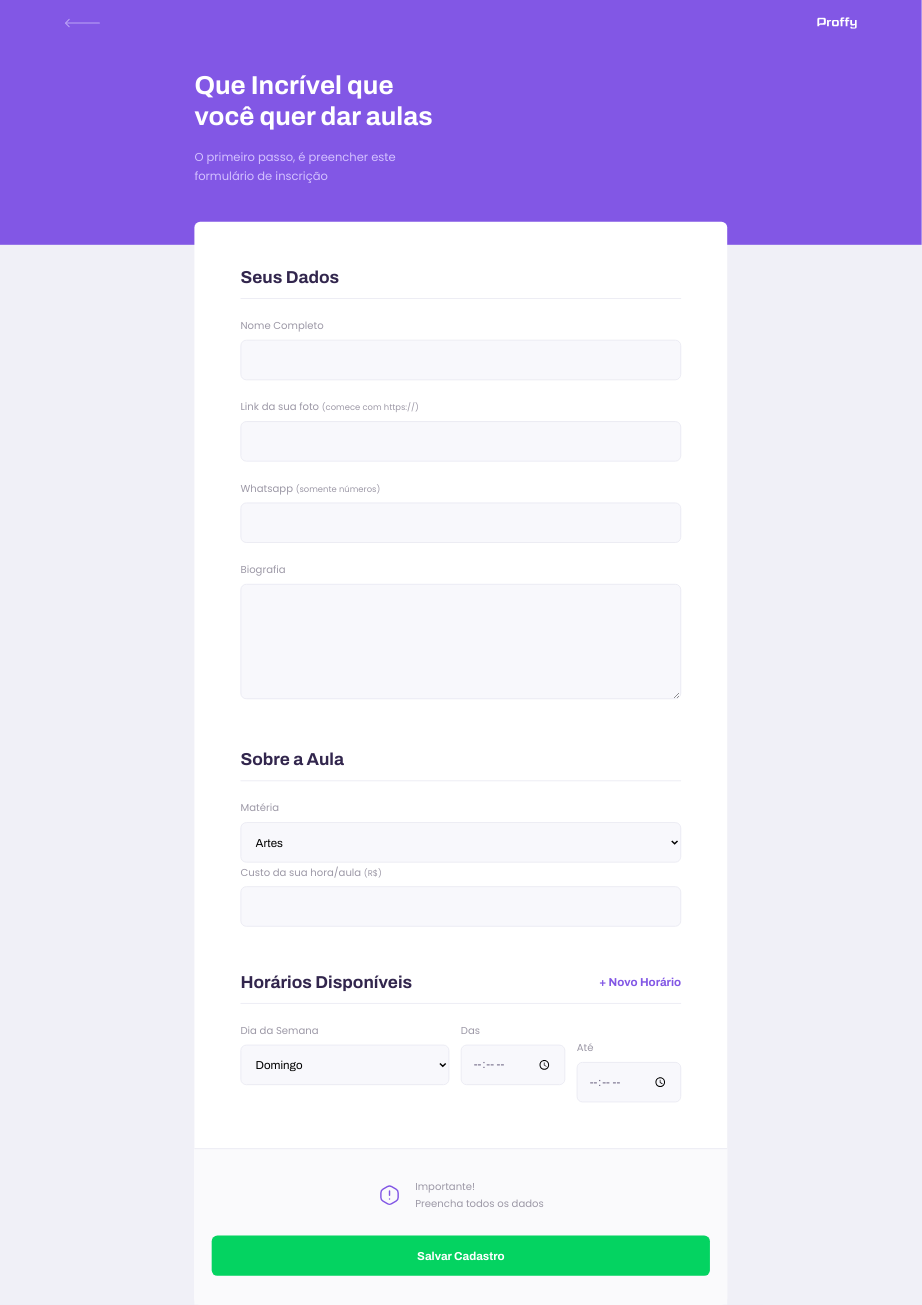
Repository: LukeVersus/NLW
Page: give-classes.html
The author's editor kept a copy of each file at every save. The page is drawn from the files as they stood at one save, then again after the next save.
The browser window is 1280 px wide. The pictures show the whole page, at 72% of full size.

Above is the page before, as saved 2020-08-06 00:26:01.

### give-classes.html
<!DOCTYPE html>
<html lang="pt_br">
<head>
    <meta charset="UTF-8">
    <meta name="viewport" content="width=device-width, initial-scale=1.0">
    <title>Proffy | Sua Plataforma de Estudos Online</title>
    <link rel="stylesheet" href="/styles/main.css">
    <link rel="stylesheet" href="/styles/partials/header.css">
    <link rel="stylesheet" href="/styles/partials/forms.css">
    <link rel="stylesheet" href="/styles/partials/page-give-classes.css">
    <link href="https://fonts.googleapis.com/css2?family=Archivo:wght@400;700&amp;family=Poppins:wght@400;600&amp;display=swap" rel="stylesheet">

</head>
<body id="page-give-classes">

    <div id="container">
        <header class="page-header">
            <div class="top-bar-container">
                <a href="/">
                    <img src="/images/icons/back.svg" alt="Voltar">
                </a>
                <img src="/images/logo.svg" alt="Proffy">
            </div>
            <div class="header-content">
               <strong>Que Incrível que você quer dar aulas</strong>
               <p>O primeiro passo, é preencher este formulário de inscrição</p>
            </div>
        </header>
        <main>
           <form action="" id="create-class">
               <fieldset>
                   <legend>Seus Dados</legend>
                   <div class="input-block">
                       <label for="name">Nome Completo</label>
                       <input name="name" id="name" required>
                   </div>
                   <div class="input-block">
                       <label for="avatar">Link da sua foto <small>(comece com https://)</small></label>
                       <input name="avatar" id="avatar" type="url" required>
                   </div>
                   <div class="input-block">
                       <label for="whatsapp">Whatsapp <small>(somente números)</small></label>
                       <input name="whatsapp" id="whatsapp" type="number" required>
                   </div>
                   <div class="textarea-block">
                       <label for="bio">Biografia</label>
                       <textarea name="bio" id="bio" required></textarea>
                   </div>
               </fieldset>
               <fieldset>
                   <legend>Sobre a Aula</legend>
                   <div class="select-block">
                       <label for="subject">Matéria</label>
                       <select name="subject" id="subject" required>
                        <option value="" disabled="" hidden="">Selecione Uma Opção</option>
                        <option value="1">Artes</option>
                        <option value="2">Biologia</option>
                        <option value="3">Ciências</option>
                        <option value="4">Educação Física</option>
                        <option value="5">Espanhol</option>
                        <option value="6">Física</option>
                        <option value="7">Geografia</option>
                        <option value="8">História</option>
                        <option value="9">Inglês</option>
                        <option value="10">Matemática</option>
                        <option value="11">Português</option>
                        <option value="12">Química</option>
                       </select>
                   </div>
                   <div class="input-block">
                       <label for="cost">Custo da sua hora/aula <small>(R$)</small></label>
                       <input name="cost" id="cost" type="number" required>
                   </div>
               </fieldset>
               <fieldset id="schedule-items">
                   <legend>Horários Disponíveis
                       <button id="add-time">+ Novo Horário</button>
                   </legend>
                   <div class="schedule-item">
                       <div class="select-block">
                           <label for="weekday">Dia da Semana</label>
                           <select name="weekday[]" id="weekday" required>
                            <option value="" disabled="" hidden="">Selecione Uma Opção</option>
                            <option value="1">Domingo</option>
                            <option value="2">Segunda-Feira</option>
                            <option value="3">Terça-Feira</option>
                            <option value="4">Quarta-Feira</option>
                            <option value="5">Quinta-Feira</option>
                            <option value="6">Sexta-Feira</option>
                            <option value="7">Sábado</option>
                           </select>
                       </div>
                       <div class="input-block">
                           <label for="time_from">Das</label>
                           <input type="time" id="time_from" name="time_from[]" required>
                       </div>
                       <div class="input-block">
                        <label for="time_to">Até</label>
                        <input type="time" id="time_to" name="time_to[]" required>
                       </div>
                   </div>
               </fieldset>
           </form>
           <footer>
               <p>
               <img src="/images/icons/warning.svg" alt="Aviso Importante">
               Importante! <br> Preencha todos os dados
                </p>
                <button type="submit" form="create-class">Salvar Cadastro</button>
           </footer>
        </main>
    </div>


</body>
</html>

### styles/main.css
:root{
    --color-background: #F0F0F7;
    --color-primary-lighter: #9871F5;
    --color-primary-light: #916BEA;
    --color-primary: #8257E5;
    --color-primary-dark: #774DD6;
    --color-primary-darker: #6842C2;
    --color-secondary: #04D361;
    --color-secondary-dark: #04BF58;
    --color-title-in-primary: #FFFFFF;
    --color-text-in-primary: #D4C2FF;
    --color-text-title: #32264D;
    --color-text-complement: #9C98A6;
    --color-text-base: #6A6180;
    --color-line-in-white: #E6E6F0;
    --color-input-background: #F8F8FC;
    --color-button-text: #FFFFFF;
    --color-box-base: #FFFFFF;
    --color-box-footer: #FAFAFC;
    --color-small-info: #C1BCCC;
    /*tamanho da fonte padrão: 16px - 100% - 1rem */
    font-size: 60%; /*Controle das medidas rem e % */
}

* {
    margin: 0;
    padding: 0;
    box-sizing: border-box;
}

html, body{
    height: 100vh;
}

body{
    background: var(--color-background);
    display: flex;
    align-items: center;
    justify-content: center;
}

body, input, button, textarea{
    font: 500 1.6rem Poppins;
    color: var(--color-text-base);
}

#container{
    width: 90vw;
    max-width: 700px;
}

@media (min-width: 700px){
    :root{
        font-size: 62.5%;
    }
}

### styles/partials/header.css

.page-header{
    background-color: var(--color-primary);
    display: flex;
    flex-direction: column;
}

.page-header .top-bar-container{
    width: 90%;
    margin: 0 auto;
    display: flex;
    align-items: center;
    justify-content: space-between;
    padding: 1.6rem 0;
}

.page-header .top-bar-container a{
    height: 3.2rem;
    transition: opacity 0.2s;
}

.page-header .top-bar-container a:hover{
    opacity: 0.6;
}

.page-header .top-bar-container > img{
    height: 1.6rem;
}

.page-header .header-content{
    width: 90%;
    margin: 3.2rem auto;
    position: relative;
}

.page-header .header-content strong{
    font: 700 3.6rem Archivo;
    line-height: 4.2rem;
    color: var(--color-title-in-primary);
}

.page-header .header-content p{
    max-width: 30rem;
    font-size: 1.6rem;
    line-height: 2.6rem;
    color: var(--color-text-in-primary);
    margin-top: 2.4rem;
}


@media (min-width:700px){

    .page-header{
        height: 340px;
    }

    .page-header .top-bar-container{
        max-width: 1100px;
    }

    .page-header .header-content{
        max-width: 740px;
        margin: 0 auto;
        flex: 1 1;
        padding-bottom: 48px;
        display: flex;
        flex-direction: column;
        justify-content: center;
    }

    .page-header .header-content strong{
        max-width: 350px;
    }




}

### styles/partials/forms.css
.select-block label,
.input-block label,
.textarea-block label{
    font-size: 1.4rem;
    color: var(--color-text-complement);
}

.input-block input,
.select-block select,
.textarea-block textarea{
    width: 100%;
    height: 5.6rem;
    margin-top: 0.8rem;
    border-radius: 0.8rem;
    background: var(--color-input-background);
    border: 1px solid var(--color-line-in-white);
    outline: 0;
    padding: 0 1.6rem;
    font: 1.6rem Archivo;
}

.textarea-block textarea{
    padding: 1.2rem 1.6rem;
    height: 16rem;
    resize: vertical;
}

.input-block
.textarea-block{
    position: relative;
}

.input-block:focus-within::after,
.textarea-block:focus-within::after{
    content: "";
    width: calc(100% - 3.2rem);
    height: 2px;
    background: var(--color-primary-light);
    position: absolute;
    left: 1.6rem;
    right: 1.6rem;
    bottom: 0;
}

### styles/partials/page-give-classes.css
#page-give-classes #container{
    width: 100vw;
    height: 100vh;
}

#page-give-classes .page-header .header-content{
    margin-bottom: 6.4rem;
}

#page-give-classes main{
    background: var(--color-box-base);
    width: 100%;
    max-width: 74rem;
    border-radius: 0.8rem;
    margin: -3.2rem auto 3.2rem;
    padding-top: 6.4rem;
}

#page-give-classes fieldset{
    border: none;
    padding: 0 2.4rem;
}

#page-give-classes fieldset legend{
    font: 700 2.4rem Archivo;
    color: var(--color-text-title);
    margin-bottom: 2.4rem;
    display: flex;
    align-items: center;
    justify-content: space-between;
    width: 100%;
    padding-bottom: 1.6rem;
    border-bottom: 1px solid var(--color-line-in-white);
}

#page-give-classes fieldset legend button{
    background: none;
    border: 0;
    color: var(--color-primary);
    font: 700 1.6rem Archivo;
    cursor: pointer;
    transition: 0.2s;
}

#page-give-classes fieldset legend button:hover{
    color: var(--color-primary-darker);
}

#page-give-classes fieldset+fieldset{
    margin-top: 6.4rem;
}

#page-give-classes .input-block+.input-block,
#page-give-classes .input-block+.textarea-block,
#page-give-classes .select-block+.textarea-block{
    margin-top: 2.4rem;
}

#page-give-classes main footer{
    padding: 4rem 2.4rem;
    background: var(--color-box-footer);
    border-top: 1px solid var(--color-line-in-white);
    margin-top: 6.4rem;
}

#page-give-classes main footer p{
    display: flex;
    align-items: center;
    justify-content: center;
    font-size: 1.4rem;
    line-height: 2.4rem;
    color: var(--color-text-complement);
}

#page-give-classes main footer p img{
    margin-right: 2rem;
}

#page-give-classes main footer button{
    width: 100%;
    height: 5.6rem;
    background: var(--color-secondary);
    color: var(--color-button-text);
    border: 0;
    border-radius: 0.8rem;
    cursor: pointer;
    font: 700 1.6rem Archivo;
    display: flex;
    align-items: center;
    justify-content: center;
    text-decoration: none;
    transition: 0.2s;
    margin-top: 3.2rem;
}

#page-give-classes main footer button:hover{
    background: var(--color-secondary-dark);
}

.schedule-item+.schedule-item{
    margin-top: 3.2rem;
    padding-top: 3.2rem;
    border-top: 1px solid var(--color-line-in-white);
}

@media(min-width: 700px){
    #page-give-classes #container{
        max-width: 100vw;
    }

    #page-give-classes .page-header .header-content{
        margin-bottom: 0;
    }

    #page-give-classes main fieldset{
        padding: 0 64px;
    }

    .schedule-item{
        display: grid;
        grid-template-columns: 2fr 1fr 1fr;
        column-gap: 1.6rem;
    }

    #page-give-classes #schedule-items .select-block+.item-block,
    #page-give-classes #schedule-items .select-block+.input-block{
        margin-top: 0;
    }
}

After the next save:
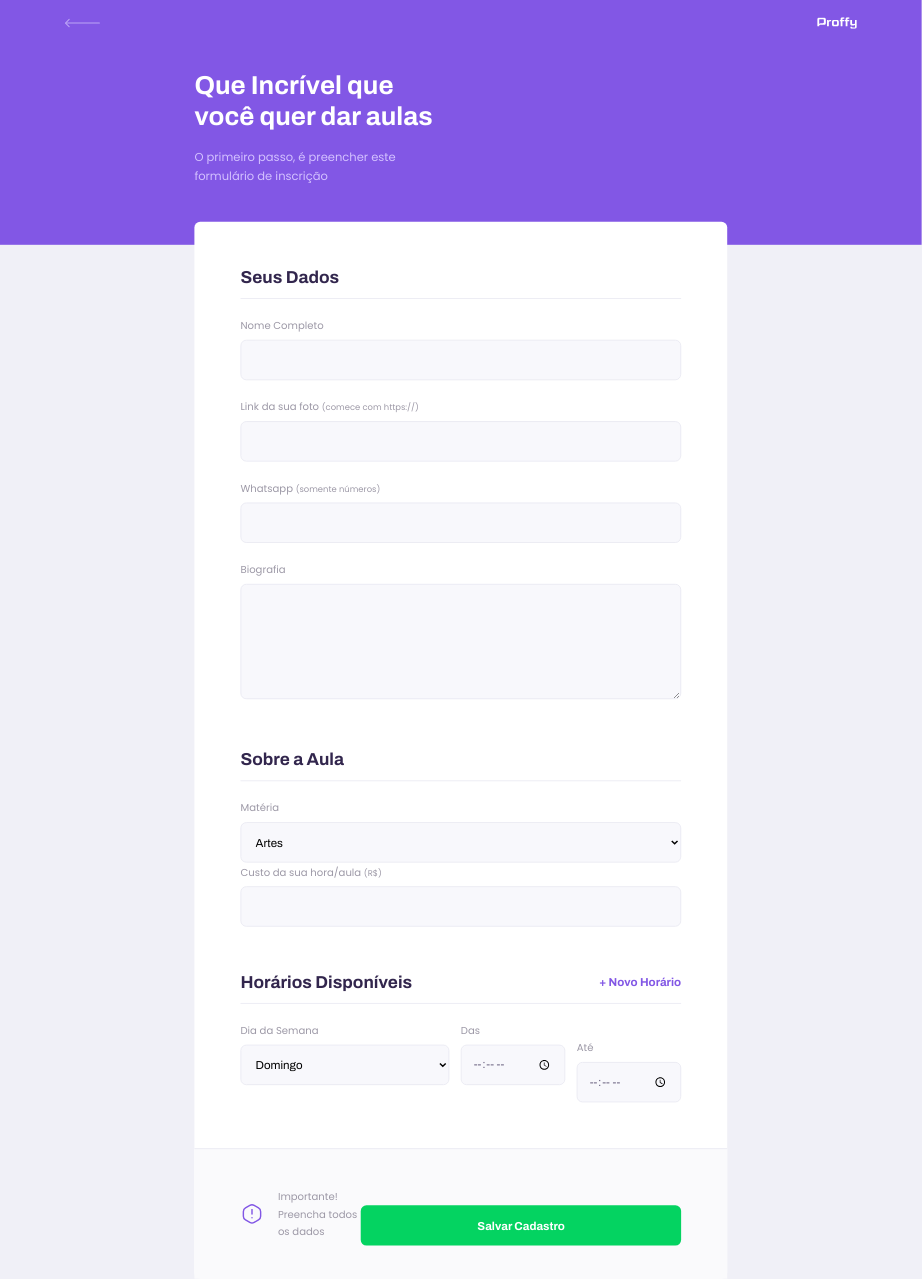
Saved 104 s later.
--- a/styles/partials/page-give-classes.css
+++ b/styles/partials/page-give-classes.css
@@ -126,4 +126,12 @@
     #page-give-classes #schedule-items .select-block+.input-block{
         margin-top: 0;
     }
+
+    #page-give-classes main footer{
+        padding: 46px 64px;
+        display: flex;
+        align-items: center;
+        justify-content: space-between;
+    }
+
 }
